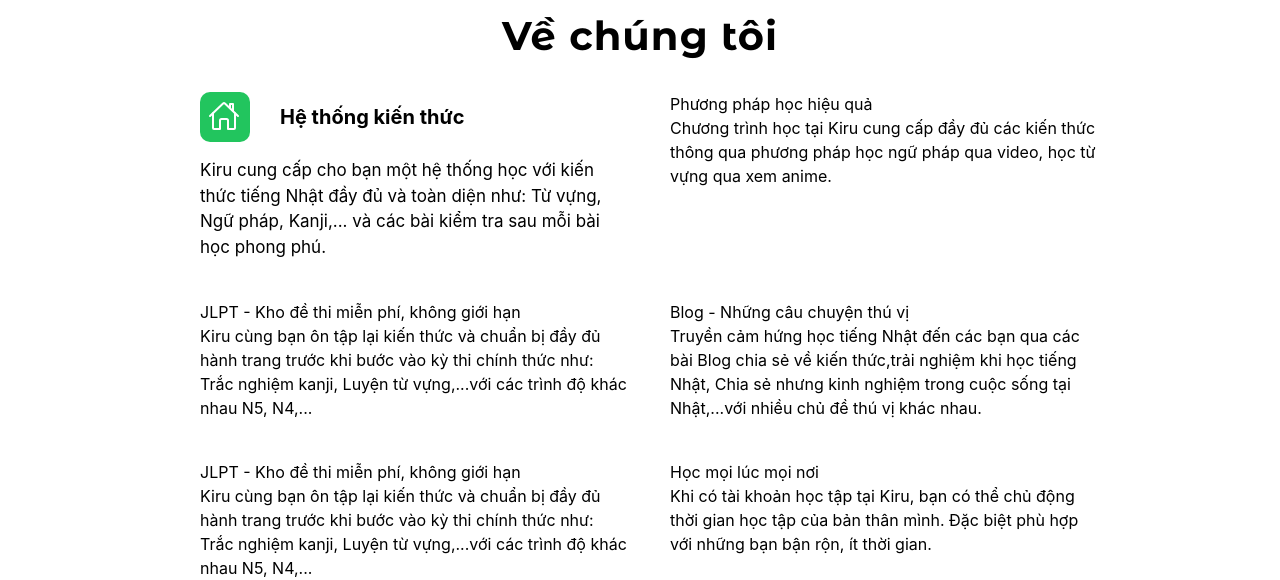
Repository: Quynhhuong150322/Kiru_Website-hoc-tieng-Nhat
Page: /
The author's editor kept a copy of each file at every save. The page is drawn from the files as they stood at one save, then again after the next save.
The browser window is 1280 px wide. The pictures show the part of the page from y = 820 to 1480 px (the page is 1400 px tall before and 1480 px after).
The project was rebuilt for these pictures with package versions that can differ from the ones it lists, and the page was loaded fresh each time.

Above is the page before, as saved 2023-08-14 11:56:37.

### public/index.html
<!DOCTYPE html>
<html lang="en">
  <head>
    <meta charset="utf-8" />
    <link rel="icon" href="%PUBLIC_URL%/favicon.ico" />
    <meta name="viewport" content="width=device-width, initial-scale=1" />
    <meta name="theme-color" content="#000000" />
    <meta
      name="description"
      content="Web site created using create-react-app"
    />
    <link rel="apple-touch-icon" href="%PUBLIC_URL%/logo192.png" />
    <!--
      manifest.json provides metadata used when your web app is installed on a
      user's mobile device or desktop. See https://developers.google.com/web/fundamentals/web-app-manifest/
    -->
    <link rel="manifest" href="%PUBLIC_URL%/manifest.json" />
    <!--
      Notice the use of %PUBLIC_URL% in the tags above.
      It will be replaced with the URL of the `public` folder during the build.
      Only files inside the `public` folder can be referenced from the HTML.

      Unlike "/favicon.ico" or "favicon.ico", "%PUBLIC_URL%/favicon.ico" will
      work correctly both with client-side routing and a non-root public URL.
      Learn how to configure a non-root public URL by running `npm run build`.
    -->
    <title>Kiru web</title>
  </head>
  <body>
    <noscript>You need to enable JavaScript to run this app.</noscript>
    <div id="root"></div>
    <!--
      This HTML file is a template.
      If you open it directly in the browser, you will see an empty page.

      You can add webfonts, meta tags, or analytics to this file.
      The build step will place the bundled scripts into the <body> tag.

      To begin the development, run `npm start` or `yarn start`.
      To create a production bundle, use `npm run build` or `yarn build`.
    -->
  </body>
</html>

### src/index.js
import React from 'react';
import ReactDOM from 'react-dom/client';
import './index.css';
import App from './App';
import reportWebVitals from './reportWebVitals';
import { BrowserRouter} from "react-router-dom";


const root = ReactDOM.createRoot(document.getElementById('root'));
root.render(
  <React.StrictMode>
    <BrowserRouter>
      <App />
    </BrowserRouter>
  </React.StrictMode>
);

// If you want to start measuring performance in your app, pass a function
// to log results (for example: reportWebVitals(console.log))
// or send to an analytics endpoint. Learn more: https://bit.ly/CRA-vitals
reportWebVitals();

### src/App.js
import './App.css';
import HeaderBefor from "./component/HeaderBefor";
// import MyRoutes from './route/MyRoutes';
import GioiThieu from "./component/Gioi_thieu"

function App() {
  return (
    <div className = "bg-white">
      {/* <MyRoutes></MyRoutes> */}
      <HeaderBefor></HeaderBefor>
      <GioiThieu></GioiThieu>
    </div>
  );
}

export default App;

### src/App.css
.App {
  text-align: center;
}

.App-logo {
  height: 40vmin;
  pointer-events: none;
}

@media (prefers-reduced-motion: no-preference) {
  .App-logo {
    animation: App-logo-spin infinite 20s linear;
  }
}

.App-header {
  background-color: #282c34;
  min-height: 100vh;
  display: flex;
  flex-direction: column;
  align-items: center;
  justify-content: center;
  font-size: calc(10px + 2vmin);
  color: white;
}

.App-link {
  color: #61dafb;
}

@keyframes App-logo-spin {
  from {
    transform: rotate(0deg);
  }
  to {
    transform: rotate(360deg);
  }
}

@font-face {
  font-family: Japanese;
  src: url(./font/Japanese\ 3017.ttf);
}

@font-face {
  font-family: InterBold;
  src: url(./font/Inter-Bold.ttf);
}

@font-face {
  font-family: InterRegular;
  src: url(./font/Inter-Regular.ttf);
}

@font-face {
  font-family: Montserrat;
  src: url(./font/MontserratAlternates-Bold.otf);
}

### src/component/HeaderBefor.js
import React from "react";
import logo from "../image/logo.png"
import { Link } from "react-router-dom";

const Header = () => {
    return (
        <div className = "bg-white top-0 h-[70px] ">
            <div class="flex justify-between items-center p-1">
                <Link to = "/">
                    <div className="flex flex-row items-center gap-5 pl-[50px] justify-center">
                        <img
                            className="h-[55px] w-55px] rounded-full "
                            src = {logo}
                            alt = "logo"
                        />
                        <div className="font-japanese text-[40px] font-bold">Kiru</div>
                    </div>
                </Link>
                <div className=""></div>
                    <ul className="flex space-x-4 justify-start gap-10 font-interBold text-[17px] pr-28 ">
                        <li className="hover:text-yellow-500">
                            <Link to = "/GioiThieu">Giới Thiệu</Link>
                        </li>
                        <li className="hover:text-yellow-500">
                            <Link to = "/LienHe">Liên hệ</Link>
                        </li>
                        <li className="hover:text-yellow-500">
                            <Link to = "/KhoaHocBefor">Khoá học</Link>
                        </li>
                        <li className="hover:text-yellow-500">
                            <Link to = "/FAQs">FAQs</Link>
                        </li>
                    </ul>
                <div className="pr-[50px] flex items-center ">
                    <ul className="flex space-x-4 justify-start gap-1 font-interBold text-[17px] items-center">
                        <li>
                            <button
                                type="button"
                                className="w-[117px] h-10 rounded-[20px] hover:border-2 border-amber-500 hover:text-sky-500">
                                Đăng nhập
                            </button>
                        </li>
                        <li>
                            <button
                                type="button"
                                className = "w-28 h-10 rounded-[20px] text-white bg-gradient-to-r from-amber-300  to-orange-500 hover:border-2 border-amber-700 hover:text-sky-500">
                                Đăng ký
                            </button>
                        </li>
                    </ul>
                </div>
            </div>

        </div>
    );
};
export default Header;

### src/component/Gioi_thieu.js
import React from "react";
import Photo from "../image/photo1.jpeg";
import {IoHomeOutline} from "react-icons/io5";

const GioiThieu = () => {
    return (
        <div class="">
            <div
                className="bg-[url('/Users/quynhhuong/kiru_web/src/image/bg.png')] bg-no-repeat bg-[length:750px_750px] h-[750px] "
                // src = {Bg}
                alt = "Bg" >
                <div className="flex gap-[50px]">
                    <div className="pl-[200px] flex-initial w-[800px]">
                        <div className="font-inter font-bold tracking-wide text-2xl subpixel-antialiased leading-[4.5rem]  pt-[130px]">
                            <div className="">Tiếng Nhật khó</div>
                            <div className="">Đã có Kiru lo</div>
                        </div>
                        <div className="font-inter font-bold text-xl pt-[50px] text-slate-500">Website học tiếng Nhật tuyến Kiru hoàn toàn miễn phí tích hợp đầy đủ các kiến thức, kỹ năng thông qua các video bài giảng và bài tập giúp các bạn dễ dàng chinh phục tiếng Nhật một cách dễ dàng.</div>
                        <div className="pt-10">
                            <button
                                type="button"
                                className = "w-[300px] h-[70px] rounded-[40px] text-white bg-gradient-to-r from-amber-300  to-orange-500 hover:border-2 border-amber-700 hover:text-sky-500 font-interBold text-[25px] items-center">
                                Tham gia ngay
                            </button>
                        </div>
                    </div>
                    <div className="pt-[180px] ">
                        <img
                            className="h-[400px] w-[700px] rounded-l-[20px] shadow-[0_40px_70px_-15px_rgba(0,0,0,0.8)]"
                            src = {Photo}
                            alt = "Photo1"
                        />
                    </div>
                </div>
            </div>
            <div className="">
                <div className="font-montserrat font-bold tracking-wide text-[40px] subpixel-antialiased leading-[4.5rem] text-center">Về chúng tôi</div>
                <div className="pl-[200px]">
                    <div className="grid grid-cols-2 gap-10 flex-initial w-[900px] pt-5">
                        <div className="">
                            <div className="flex items-center gap-[30px]">
                                <div className="h-[50px] w-[50px] bg-green-500 rounded-[10px] text-[40px] font-[600] cursor-pointer items-center text-center">
                                    <IoHomeOutline className="stroke-white pt-2 pl-2"/>
                                </div>
                                <p className="font-inter font-bold text-xl">Hệ thống kiến thức</p>
                            </div>
                            <div className=" pt-4 font-inter text-[17px]">Kiru cung cấp cho bạn một hệ thống học với kiến thức tiếng Nhật đầy đủ và toàn diện như: Từ vựng, Ngữ pháp, Kanji,... và các bài kiểm tra sau mỗi bài học phong phú.</div>
                        </div>
                        <div className="">
                            <div className="">
                                <p className="">Phương pháp học  hiệu quả</p>
                            </div>
                            <div className="">Chương trình học tại Kiru cung cấp đầy đủ các kiến thức thông qua phương pháp học ngữ pháp qua video, học từ vựng qua xem anime.</div>
                        </div>
                        <div className="">
                            <div className="">
                                <p className="">JLPT - Kho đề thi miễn phí,
không giới hạn </p>
                            </div>
                            <div className="">Kiru cùng bạn ôn tập lại kiến thức và chuẩn bị đầy đủ hành trang trước khi bước vào kỳ thi chính thức như: Trắc nghiệm kanji, Luyện từ vựng,...với các trình độ khác nhau N5, N4,... </div>
                        </div>
                        <div className="">
                            <div className="">
                                <p className="">Blog - Những câu chuyện thú vị </p>
                            </div>
                            <div className="">Truyền cảm hứng học tiếng Nhật đến các bạn qua các bài Blog chia sẻ về kiến thức,trải nghiệm khi học tiếng Nhật, Chia sẻ nhưng kinh nghiệm trong cuộc sống tại Nhật,...với nhiều chủ đề thú vị khác nhau. </div>
                        </div>
                        <div className="">
                            <div className="">
                                <p className="">JLPT - Kho đề thi miễn phí,
không giới hạn </p>
                            </div>
                            <div className="">Kiru cùng bạn ôn tập lại kiến thức và chuẩn bị đầy đủ hành trang trước khi bước vào kỳ thi chính thức như: Trắc nghiệm kanji, Luyện từ vựng,...với các trình độ khác nhau N5, N4,... </div>
                        </div>
                        <div className="">
                            <div className="">
                                <p className="">Học mọi lúc mọi nơi</p>
                            </div>
                            <div className="">Khi có tài khoản học tập tại Kiru, bạn có thể chủ động thời gian học tập của bản thân mình. Đặc biệt phù hợp với những bạn bận rộn, ít thời gian.</div>
                        </div>
                    </div>
                </div>
            </div>
        </div>

    );
}
export default GioiThieu;

### tailwind.config.js
/** @type {import('tailwindcss').Config} */
module.exports = {
  content: ["./src/**/*.{html,js}"],
  // plugins: [require("tailwind-scrollbar")],
  theme: {
    extend: {
      fontSize: {
        sm: '9px',
        base: '13px',
        xl: '20px',
        '2xl': '60px',
        '3xl': '80px',
        '4xl': '90px',
        '5xl': '100px',
      }
    },
    screens: {
      'sm': {'min': '400px', 'max': '767px'},
      // => @media (min-width: 640px and max-width: 767px) { ... }

      'md': {'min': '768px', 'max': '1023px'},
      // => @media (min-width: 768px and max-width: 1023px) { ... }

      'lg': {'min': '1024px', 'max': '1279px'},
      // => @media (min-width: 1024px and max-width: 1279px) { ... }

      'xl': {'min': '1280px', 'max': '1535px'},
      // => @media (min-width: 1280px and max-width: 1535px) { ... }

      '2xl': {'min': '1536px'},
      // => @media (min-width: 1536px) { ... }
    },

    fontFamily: {
      japanese: ['"Japanese"'],
      interBold: ['"InterBold"'],
      interRegular: ['"InterRegular"'],
      montserrat: ['"Montserrat"']
    },
  },
  plugins: [],
}

Loaded but not shown: src/index.css (common file); src/reportWebVitals.js (common file)

After the next save:
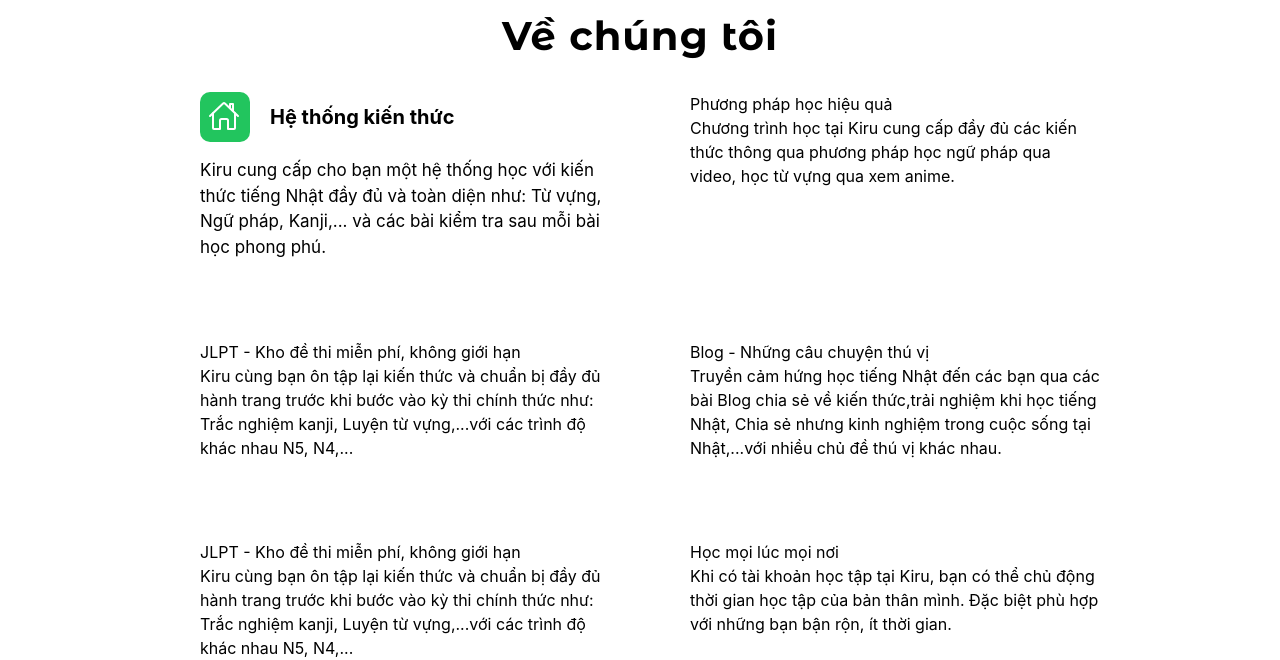
Saved 17 s later.
--- a/src/component/Gioi_thieu.js
+++ b/src/component/Gioi_thieu.js
@@ -36,9 +36,9 @@
             <div className="">
                 <div className="font-montserrat font-bold tracking-wide text-[40px] subpixel-antialiased leading-[4.5rem] text-center">Về chúng tôi</div>
                 <div className="pl-[200px]">
-                    <div className="grid grid-cols-2 gap-10 flex-initial w-[900px] pt-5">
+                    <div className="grid grid-cols-2 gap-20 flex-initial w-[900px] pt-5">
                         <div className="">
-                            <div className="flex items-center gap-[30px]">
+                            <div className="flex items-center gap-[20px]">
                                 <div className="h-[50px] w-[50px] bg-green-500 rounded-[10px] text-[40px] font-[600] cursor-pointer items-center text-center">
                                     <IoHomeOutline className="stroke-white pt-2 pl-2"/>
                                 </div>

After the save that followed:
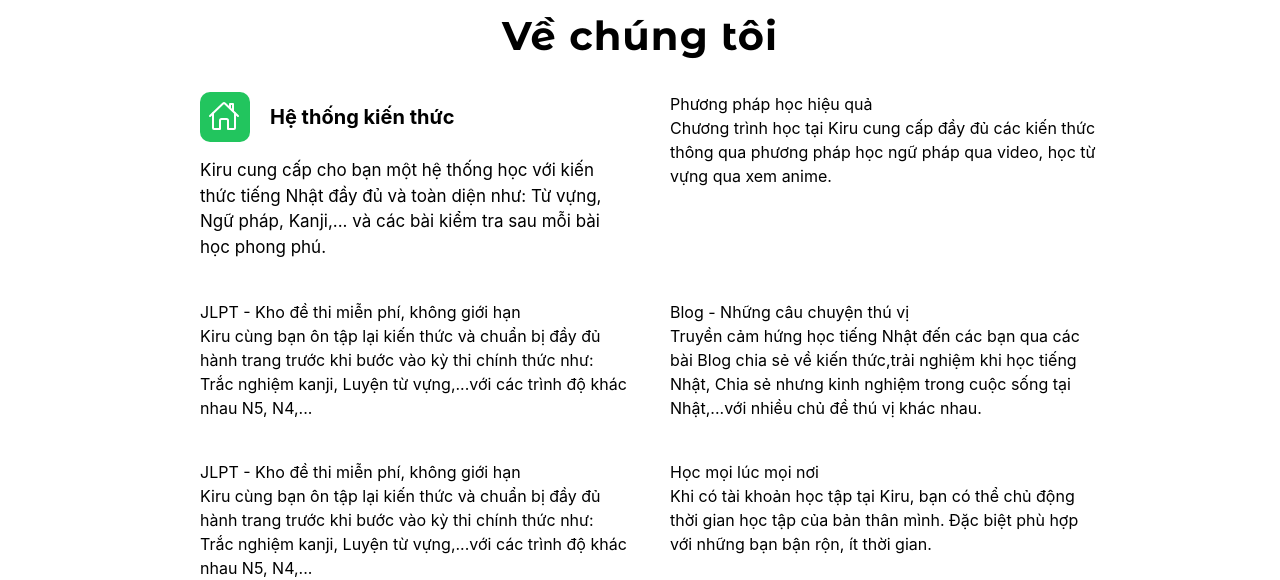
Saved 9 s later.
--- a/src/component/Gioi_thieu.js
+++ b/src/component/Gioi_thieu.js
@@ -36,7 +36,7 @@
             <div className="">
                 <div className="font-montserrat font-bold tracking-wide text-[40px] subpixel-antialiased leading-[4.5rem] text-center">Về chúng tôi</div>
                 <div className="pl-[200px]">
-                    <div className="grid grid-cols-2 gap-20 flex-initial w-[900px] pt-5">
+                    <div className="grid grid-cols-2 gap-10 flex-initial w-[900px] pt-5">
                         <div className="">
                             <div className="flex items-center gap-[20px]">
                                 <div className="h-[50px] w-[50px] bg-green-500 rounded-[10px] text-[40px] font-[600] cursor-pointer items-center text-center">
